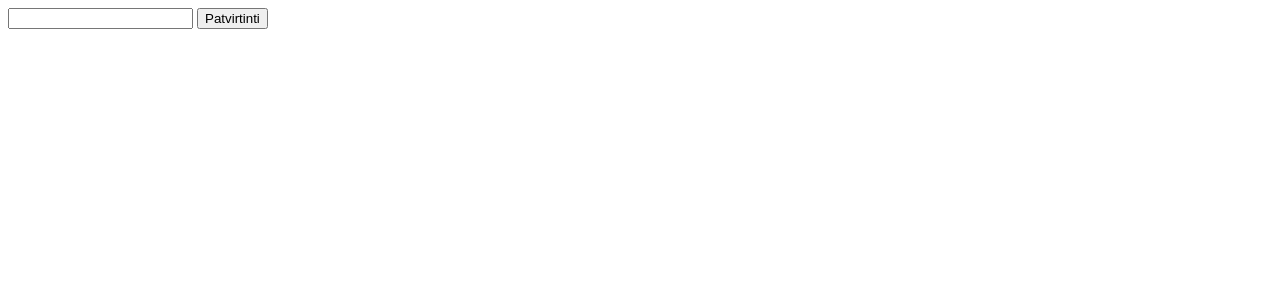
Repository: motiejus1/08-paskaita-PHP-05.31
Page: http://localhost/
These files come from the project's save history. The page is drawn as it stood at one moment and after a run of saves; the edit follows.
The browser window is 1280 px wide. The pictures show the whole page.
The page is run by PHP 8.4 with error messages shown; the project is at /var/www/html/.

Above is the page before, as saved 2021-07-31 11:24:44.

After the next 2 saves:
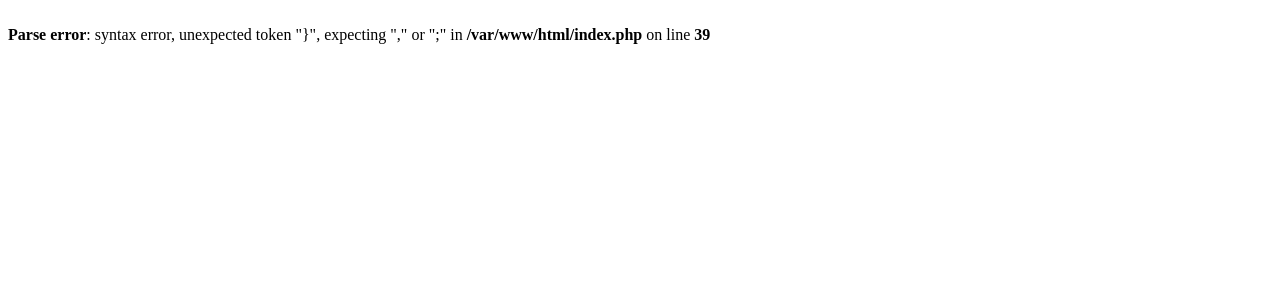
The 2 saves are shown as one change because they came seconds apart.
The last was saved 85 s later.
--- a/index.php
+++ b/index.php
@@ -35,7 +35,7 @@
             //explode - pavercia teksta i masyva
             //implode - funkcija kuri masyva paverstu i teksta
             setcookie("elementas",implode("|", $elementuMasyvas),time() + 3600, "/");
-
+            echo ""
         }
     }
 

After the 3 saves that followed:
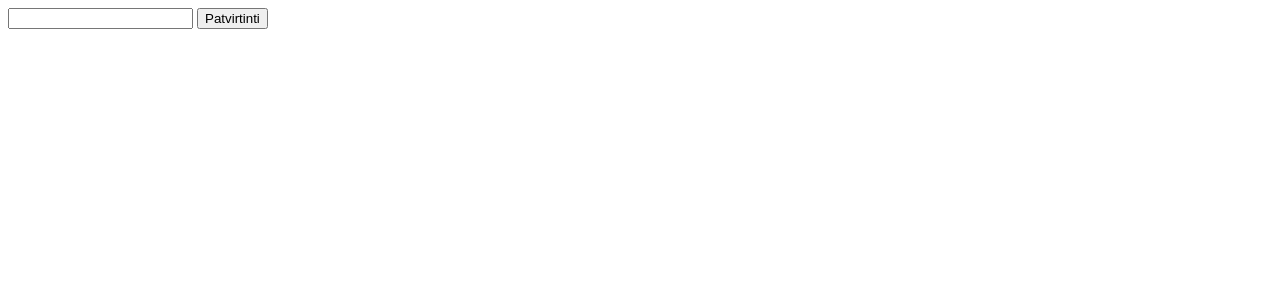
The 3 saves are shown as one change because they came seconds apart.
The last was saved 10 s later.
--- a/index.php
+++ b/index.php
@@ -35,7 +35,7 @@
             //explode - pavercia teksta i masyva
             //implode - funkcija kuri masyva paverstu i teksta
             setcookie("elementas",implode("|", $elementuMasyvas),time() + 3600, "/");
-            echo ""
+            echo $_COOKIE["elementas"];
         }
     }
 
